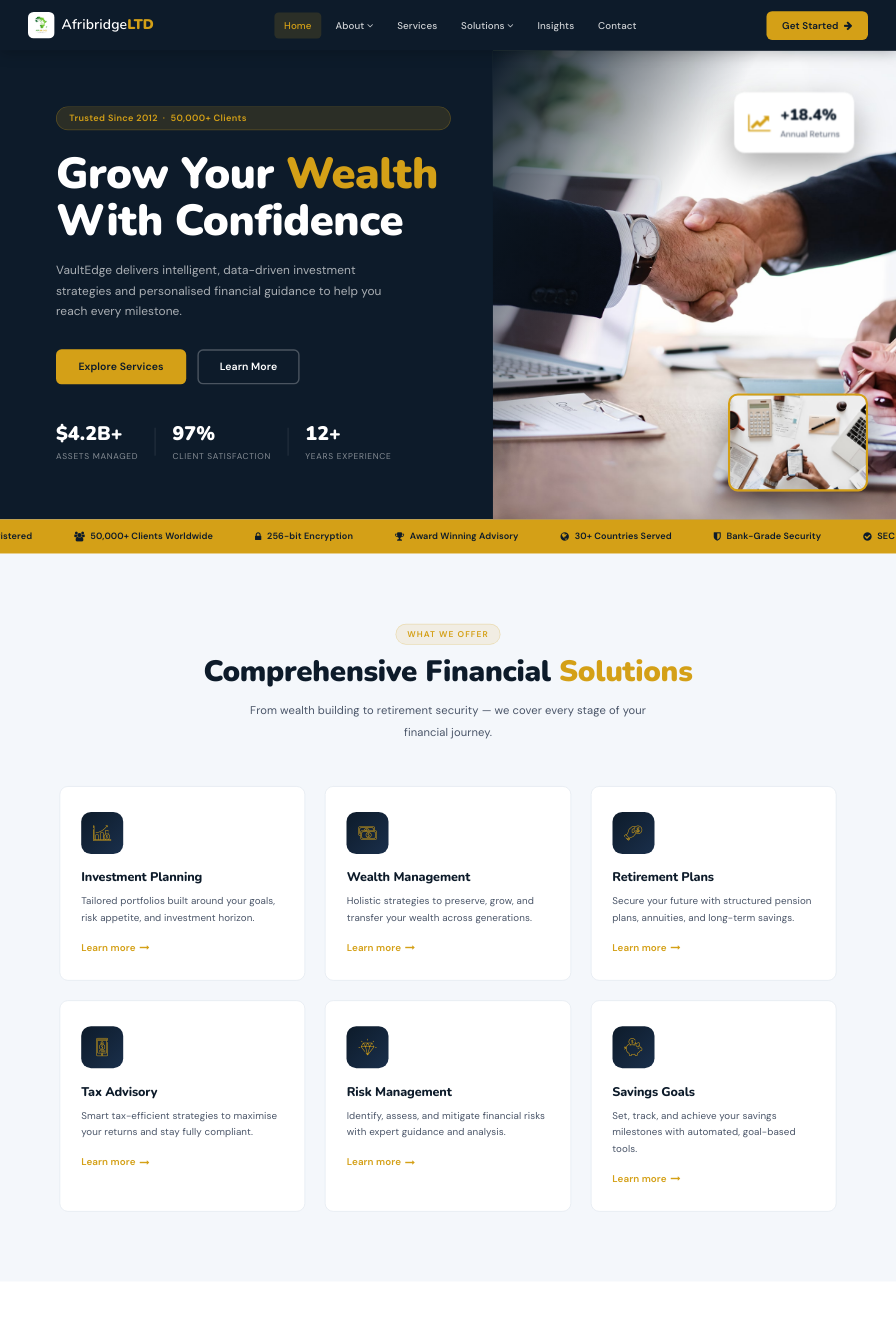
Repository: monk63/afribridgeltd
Page: afribridgeltd/index.html
An editor plug-in stored every save of this project. The page is shown before and after the next save, followed by the edit.
The browser window is 1280 px wide. The pictures show the part of the page from y = 0 to 1920 px (the page is 5448 px tall), at 70% of full size.
Some web fonts or font styles are not loaded; a fallback is used.

Above is the page before, as saved 2026-04-01 07:21:53.
Console error: RangeError: Maximum call stack size exceeded

After the next save:
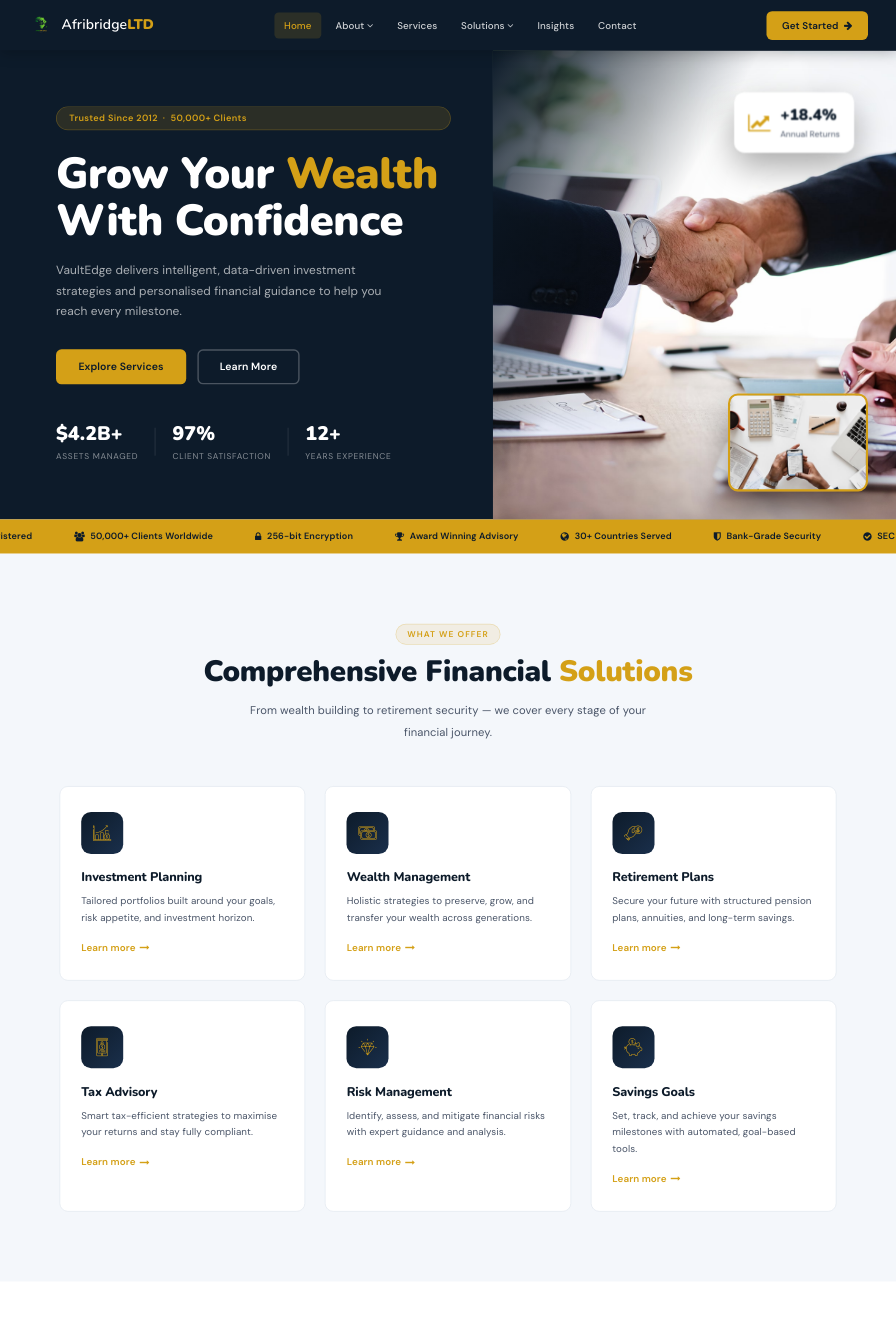
Saved 2 min 3 s later.
--- a/afribridgeltd/index.html
+++ b/afribridgeltd/index.html
@@ -26,7 +26,7 @@
             <!-- Logo -->
             <div class="ve-logo">
                 <a href="index.html">
-                    <img src="img/core-img/aicon.jpg" alt="AfribridgeLtd" class="ve-logo-img" width="38" height="38">
+                    <img src="img/core-img/afri.png" alt="AfribridgeLtd" class="ve-logo-img" width="38" height="38">
                     <span class="ve-logo-text">Afribridge<strong>LTD</strong></span>
                 </a>
             </div>
